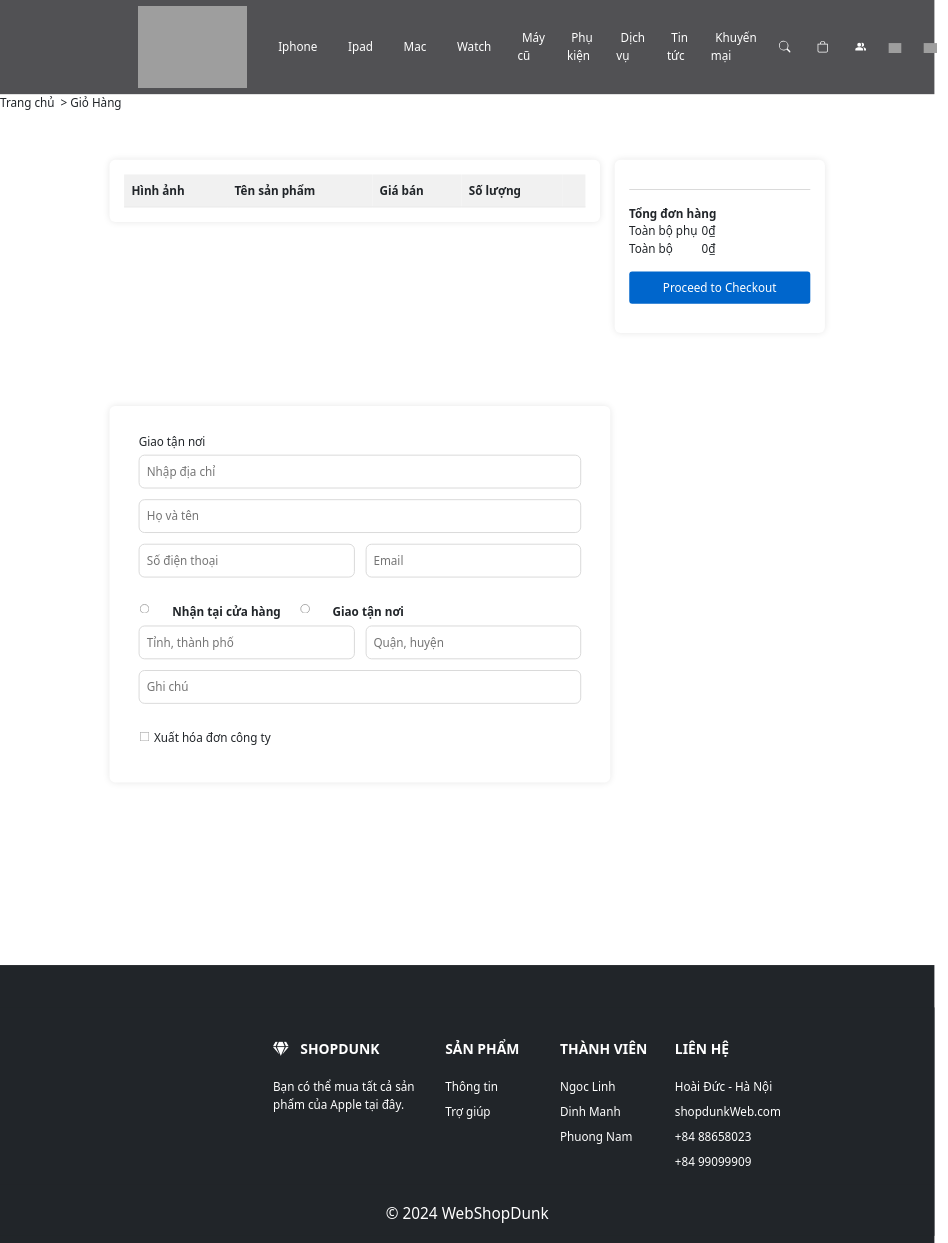
Repository: 20092004nam2k4/FE-ShopDunk
Page: /cart
An editor plug-in stored every save of this project. The page is shown before and after a run of saves, followed by the edit.
The browser window is 1280 px wide. The page is 1299 px wide, so the pictures cover 1299 px, including what lies to the right of the window. The pictures show the whole page, at 73% of full size.
Pictures or frames that could not be fetched are drawn as grey boxes. The page's requests for data from a server got no answer. The project was rebuilt for these pictures with package versions that can differ from the ones it lists, and the page was loaded fresh each time. No one was signed in, and anything a server would have sent is missing. Also part of the build but not shown: src/component/common/SlideImage.css, src/component/common/SlideImage.js, src/component/product/ProductList.js, src/component/product/ProductDetail.css, src/component/product/ProductDetail.js, src/component/user/LoginUser.js, src/component/user/UserProfile.js, src/component/user/RegistrationForm.css and 2 more.

Above is the page before, as saved 2024-06-10 13:14:03.

After the next 3 saves:
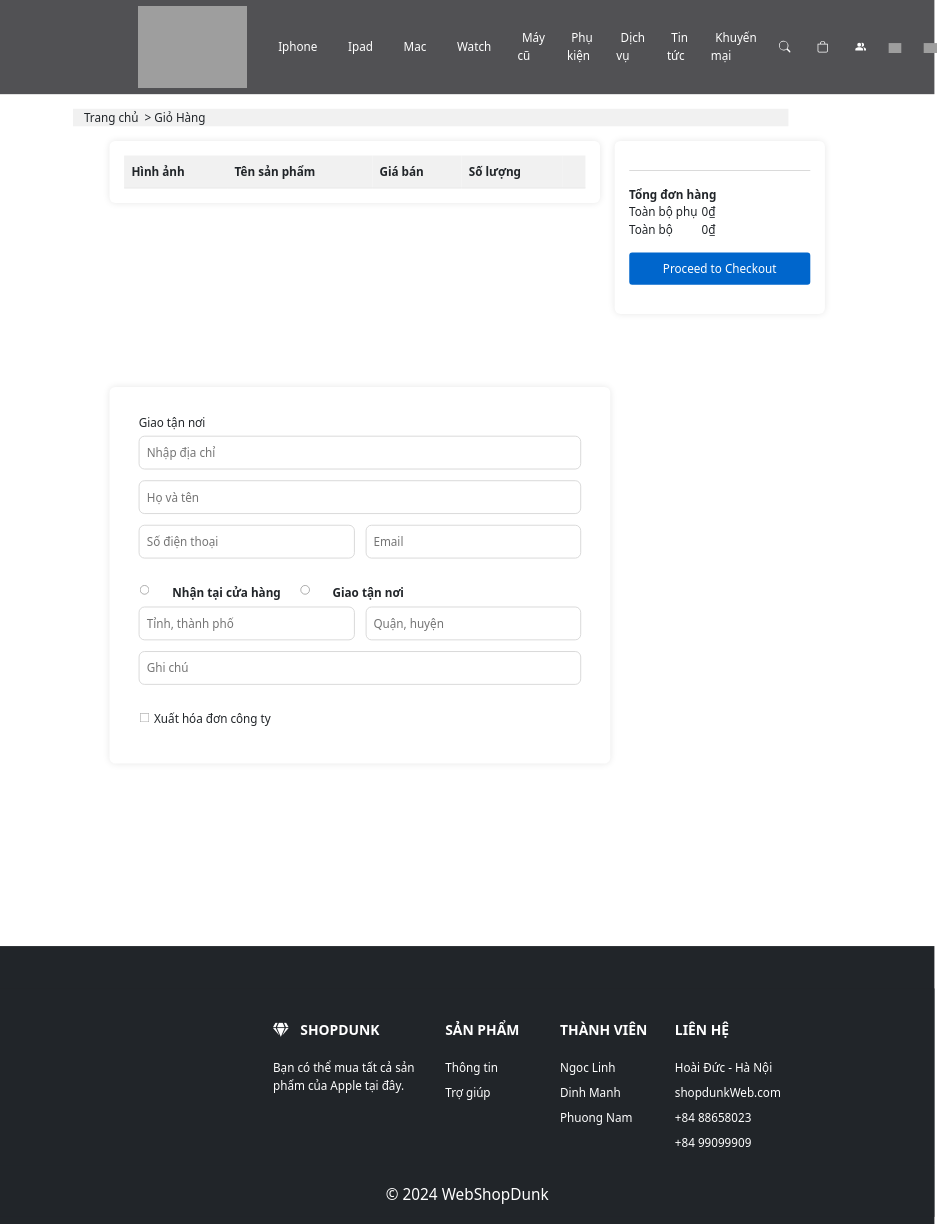
The 3 saves are shown as one change because they came seconds apart.
The last was saved 8 s later.
--- a/src/component/cart/CartPage.js
+++ b/src/component/cart/CartPage.js
@@ -57,7 +57,7 @@
 
     <div className="cart-page">
       <div>
-        <p className="t">Trang chủ &nbsp;&gt; Giỏ Hàng</p>
+        <p className="tittle-header">Trang chủ &nbsp;&gt; Giỏ Hàng</p>
       </div>
       <div className="tong">
         <div className="left">
